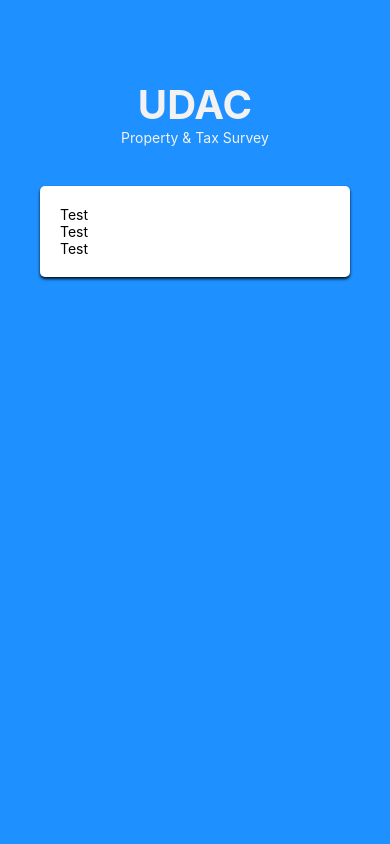
Repository: metalysm/BasicLoginPage
Screen: /
An editor plug-in stored every save of this project. The screen is shown before and after the next save, followed by the edit.
The app was drawn by React Native's web renderer in a window 390 px wide. The project was rebuilt for these pictures with package versions that can differ from the ones it lists, and the page was loaded fresh each time.

Above is the screen before, as saved 2019-12-05 11:21:57.

### App.js

import React, { Component } from 'react';
import {
  StyleSheet,
  View,
  Text,
  ScrollView
} from 'react-native';

export default class App extends Component {
  render() {
    return (
      <View style={styles.container}>
        <View style={styles.headBackground} />
        <View>
          <Text style={styles.logo}>UDAC</Text>
          <Text style={styles.logoDescription}>Property & Tax Survey</Text>
        </View>
        <ScrollView>
          <View style={styles.loginArea}>
            <Text>Test</Text>
            <Text>Test</Text>
            <Text>Test</Text>
          </View>
        </ScrollView>

      </View>
    );
  }
};



const styles = StyleSheet.create({
  container: {
    flex: 1,
    backgroundColor: '#F5FCFF',
    paddingVertical: 80
  },
  headBackground: {
    position: 'absolute',
    top: 0,
    left: 0,
    height: '100%',
    width: '100%',
    backgroundColor: '#1e90ff'
  },
  logo: {
    textAlign: 'center',
    fontSize: 40,
    fontWeight: 'bold',
    color: '#f2f2f2'
  },
  logoDescription:{
    textAlign: 'center',
    color:'#f2f2f2',
  },
  loginArea :{
    marginHorizontal: 40,
    marginVertical: 40,
    backgroundColor:'#fff',
    padding:20,
    borderRadius: 5,

    shadowColor:'black',
    shadowOpacity: .9, //0 ile 1 arasında bir rakam girilir.
    shadowRadius: 3,
    shadowOffset: {
      width: 0,
      height: 2
    }
  }
});

After the next save:
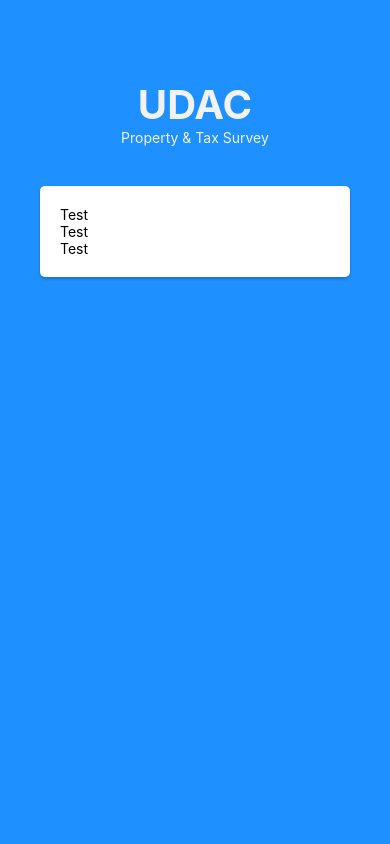
Saved 5 s later.
--- a/App.js
+++ b/App.js
@@ -63,7 +63,7 @@ const styles = StyleSheet.create({
     borderRadius: 5,
 
     shadowColor:'black',
-    shadowOpacity: .9, //0 ile 1 arasında bir rakam girilir.
+    shadowOpacity: .2, //0 ile 1 arasında bir rakam girilir.
     shadowRadius: 3,
     shadowOffset: {
       width: 0,
